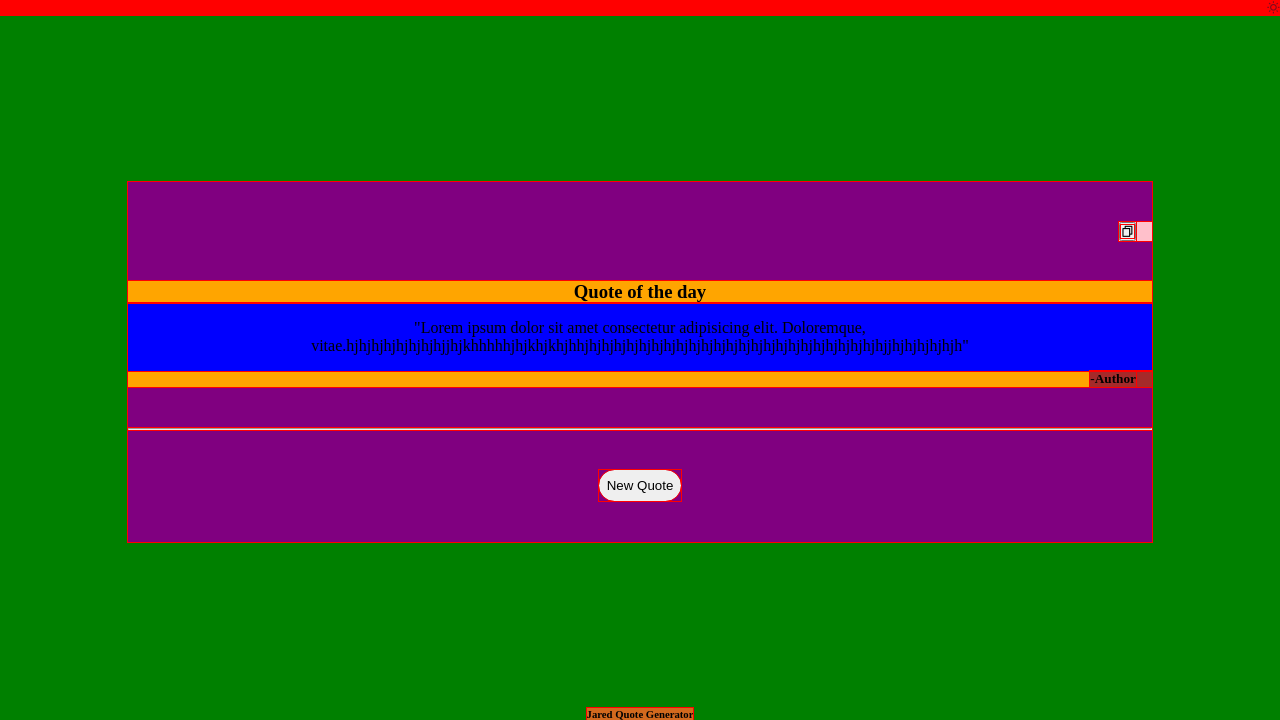
Repository: EguJaredoBoyd/Jared-Quote-Generator
Page: html/main.html
An editor plug-in stored every save of this project. The page is shown before and after the next save, followed by the edit.
The browser window is 1280 px wide. The pictures show the whole page.
Some web libraries are served in a nearby version.

Above is the page before, as saved 2026-01-09 01:39:59.

After the next save:
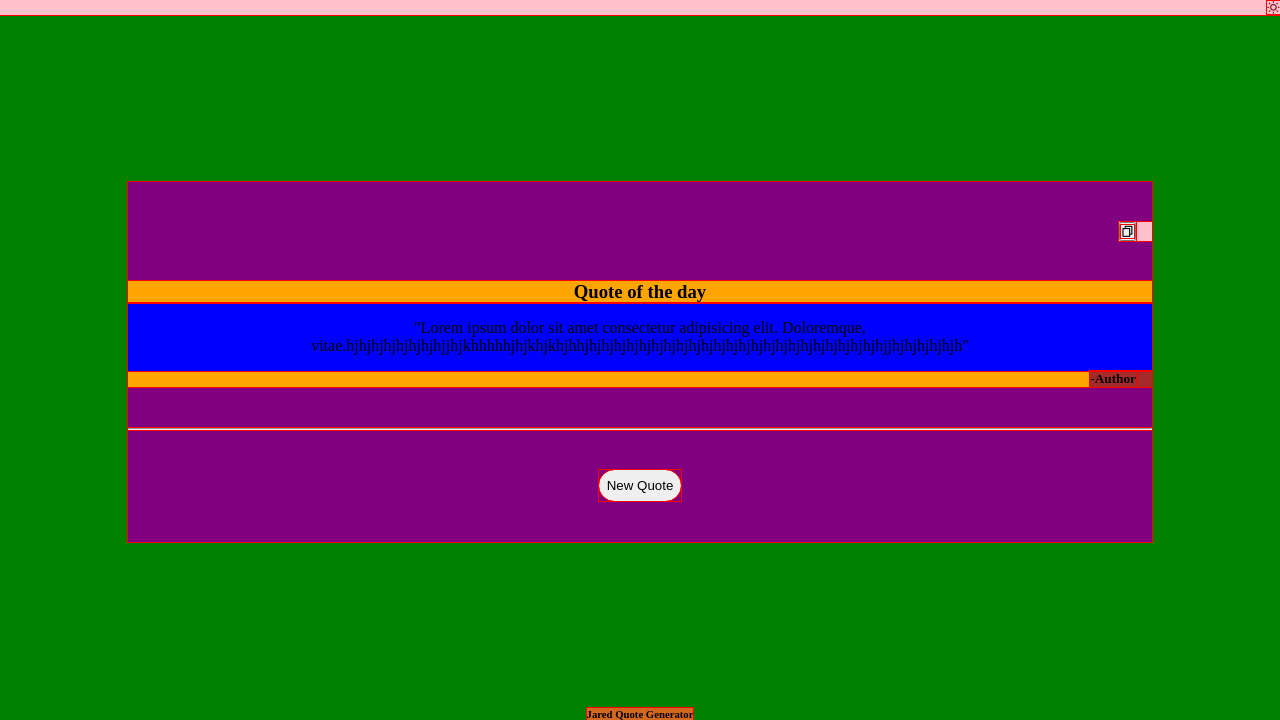
Saved 26 s later.
--- a/css/style.css
+++ b/css/style.css
@@ -36,7 +36,7 @@ html {
 header {
   display: flex;
   justify-content: flex-end;
-  background-color: red;
+  background-color: pink;
   width: 100%;
 }
 
